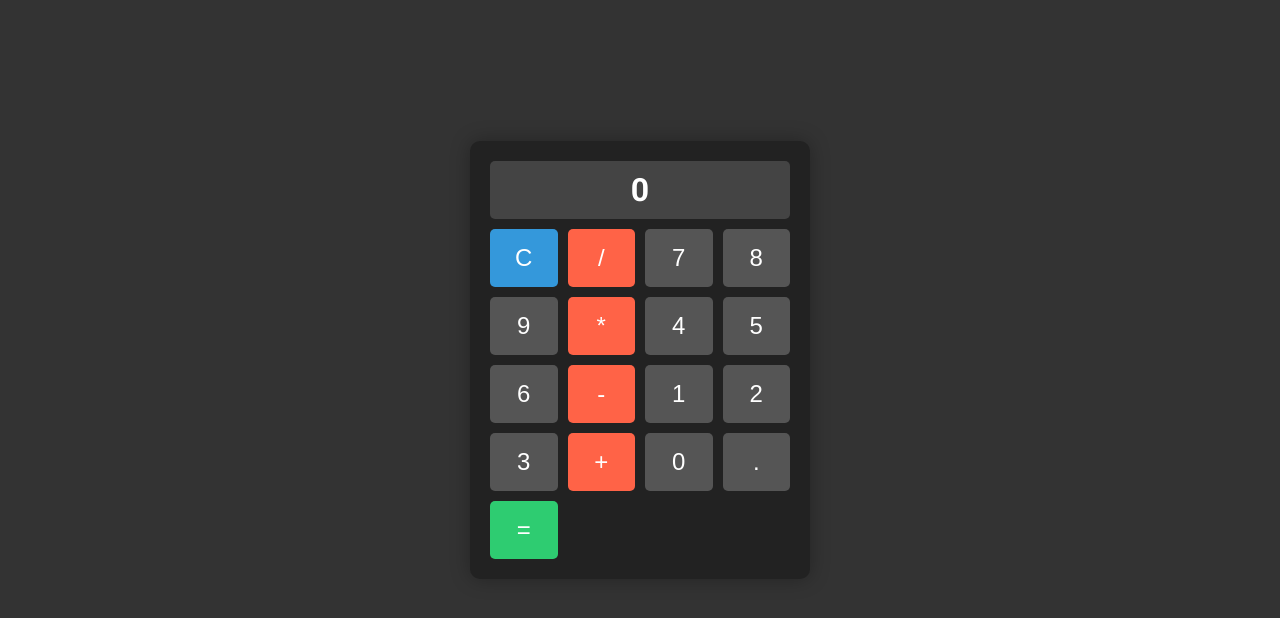
Repository: Barnabasbag/New-folder--2-
Page: in1.html
An editor plug-in stored every save of this project. The page is shown before and after the next save, followed by the edit.
The browser window is 1280 px wide. The pictures show the whole page.

Above is the page before, as saved 2024-06-27 01:57:39.

After the next save:
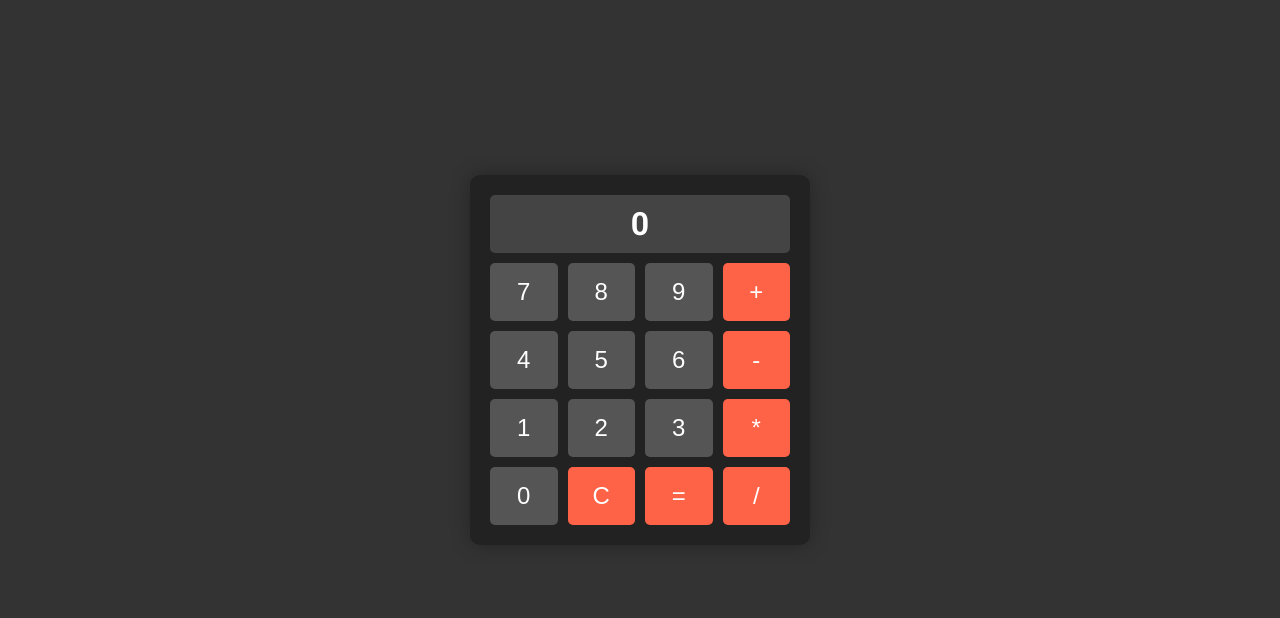
Not found: script.js
Saved 9 min 37 s later.
--- a/in1.html
+++ b/in1.html
@@ -1,37 +1,34 @@
 <!DOCTYPE html>
 <html lang="en">
 <head>
-    <meta charset="UTF-8">
-    <meta name="viewport" content="width=device-width, initial-scale=1.0">
-    <title>Bagh Calculator</title>
-    <link rel="stylesheet" href="styles.css">
-    <link rel="preconnect" href="https://fonts.gstatic.com">
-    <link href="https://fonts.googleapis.com/css2?family=Roboto:wght@700&display=swap" rel="stylesheet">
+  <meta charset="UTF-8">
+  <meta name="viewport" content="width=device-width, initial-scale=1.0">
+  <title>Bagh Calculator</title>
+  <link rel="stylesheet" href="styles.css">
+  <link rel="stylesheet" href="https://fonts.googleapis.com/css2?family=Roboto:wght@700&display=swap">
 </head>
 <body>
-    <div class="calculator">
-        <div class="display">0</div>
-        <div class="buttons">
-            <button class="button clear">C</button>
-            <button class="button operator">/</button>
-            <button class="button number">7</button>
-            <button class="button number">8</button>
-            <button class="button number">9</button>
-            <button class="button operator">*</button>
-            <button class="button number">4</button>
-            <button class="button number">5</button>
-            <button class="button number">6</button>
-            <button class="button operator">-</button>
-            <button class="button number">1</button>
-            <button class="button number">2</button>
-            <button class="button number">3</button>
-            <button class="button operator">+</button>
-            <button class="button number">0</button>
-            <button class="button number">.</button>
-            <button class="button equal">=</button>
-        </div>
+  <div class="calculator">
+    <div class="display" id="display">0</div>
+    <div class="buttons">
+      <button class="button number" onclick="addToDisplay('7')">7</button>
+      <button class="button number" onclick="addToDisplay('8')">8</button>
+      <button class="button number" onclick="addToDisplay('9')">9</button>
+      <button class="button operator red" onclick="setOperator('+')">+</button>
+      <button class="button number" onclick="addToDisplay('4')">4</button>
+      <button class="button number" onclick="addToDisplay('5')">5</button>
+      <button class="button number" onclick="addToDisplay('6')">6</button>
+      <button class="button operator red" onclick="setOperator('-')">-</button>
+      <button class="button number" onclick="addToDisplay('1')">1</button>
+      <button class="button number" onclick="addToDisplay('2')">2</button>
+      <button class="button number" onclick="addToDisplay('3')">3</button>
+      <button class="button operator red" onclick="setOperator('*')">*</button>
+      <button class="button number" onclick="addToDisplay('0')">0</button>
+      <button class="button operator red" onclick="clearDisplay()">C</button>
+      <button class="button operator red" onclick="calculate()">=</button>
+      <button class="button operator red" onclick="setOperator('/')">/</button>
     </div>
-
-    <script src="scripts.js"></script>
+  </div>
+  <script src="script.js"></script>
 </body>
 </html>
